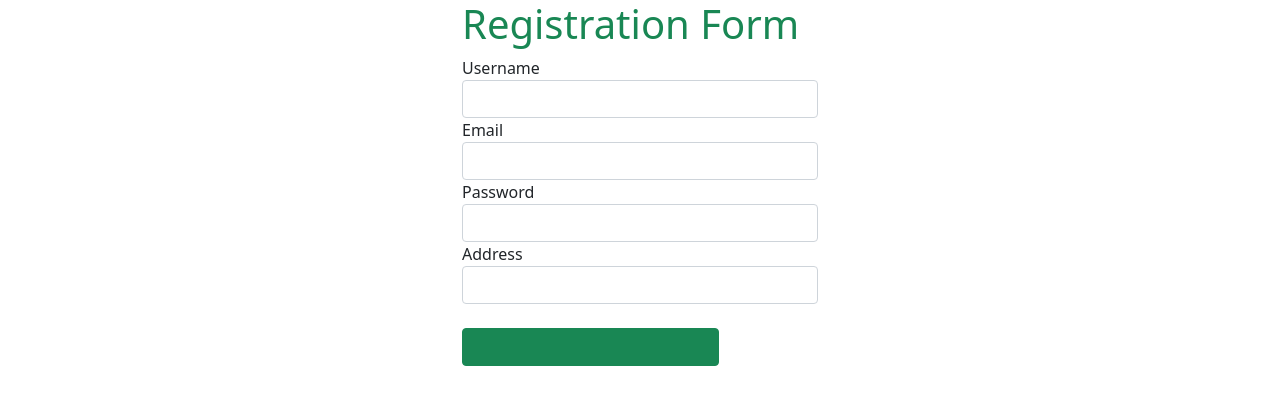
Repository: Laxman877/MyWorkspace
Page: Corejava/Learning_Web/src/main/webapp/boostrapDemo2.html
An editor plug-in stored every save of this project. The page is shown before and after the next save, followed by the edit.
The browser window is 1280 px wide. The pictures show the whole page.

Above is the page before, as saved 2022-04-27 06:16:54.

### Corejava/Learning_Web/src/main/webapp/boostrapDemo2.html
<!DOCTYPE html>
<html lang="en">
<head>
 <!-- Required meta tags -->
 <meta charset="ISO-8859-1">
    <meta name="viewport" content="width=device-width, initial-scale=1">

    <!-- Bootstrap CSS -->
<link href="https://cdn.jsdelivr.net/npm/bootstrap@5.0.2/dist/css/bootstrap.min.css" rel="stylesheet" integrity="sha384-EVSTQN3/azprG1Anm3QDgpJLIm9Nao0Yz1ztcQTwFspd3yD65VohhpuuCOmLASjC" crossorigin="anonymous">
    <script src="https://cdn.jsdelivr.net/npm/bootstrap@5.0.2/dist/js/bootstrap.bundle.min.js" integrity="sha384-MrcW6ZMFYlzcLA8Nl+NtUVF0sA7MsXsP1UyJoMp4YLEuNSfAP+JcXn/tWtIaxVXM" crossorigin="anonymous"></script>
<title>Hello, World</title>
</head>
<body>
<div class="container">
<div class="row">
<div class="col-md-4"></div>
<div class="col-md-4">

<h1 class="text-success">Registration Form</h1>
<form action="">

<div class="form-group">
<label>Username</label>
<input type="text" class="form-control">
</div>
<div class="form-group">
<label>Email</label>
<input type="text" class="form-control">
</div>
<div class="form-group">
<label>Password</label>
<input type="text" class="form-control">
</div>
<div class="form-group">
<label>Address</label>
<input type="text" class="form-control">
</div>
<br>
<input type="text" class="btn btn-success">
</form>

</div>
</div>
</div>

</body>
</html>

After the next save:
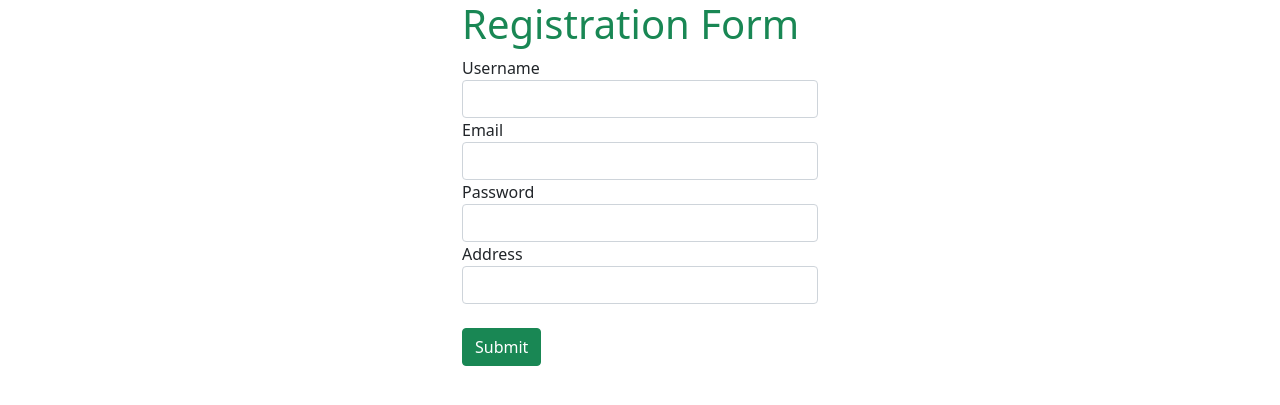
Saved 14 s later.
--- a/Corejava/Learning_Web/src/main/webapp/boostrapDemo2.html
+++ b/Corejava/Learning_Web/src/main/webapp/boostrapDemo2.html
@@ -36,7 +36,7 @@
 <input type="text" class="form-control">
 </div>
 <br>
-<input type="text" class="btn btn-success">
+<input type="submit" class="btn btn-success">
 </form>
 
 </div>
